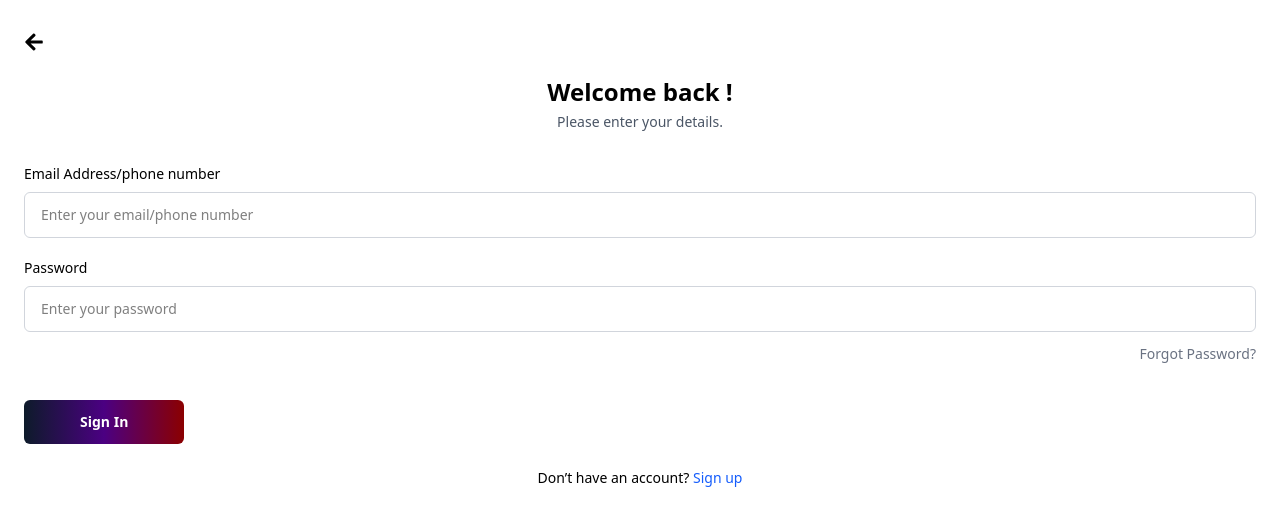
Repository: Em-driod/spotify-clone
Page: /back
An editor plug-in stored every save of this project. The page is shown before and after the next save, followed by the edit.
The browser window is 1280 px wide. The pictures show the whole page.
The project was rebuilt for these pictures with package versions that can differ from the ones it lists, and the page was loaded fresh each time. Also part of the build but not shown: vite.config.ts, src/pages/veryify.tsx, src/pages/LandingPage.tsx, src/pages/Change.tsx, src/pages/onboard.tsx, src/pages/Skips.tsx, src/pages/Otp.tsx, src/pages/First.tsx and 6 more.

Above is the page before, as saved 2025-07-09 17:49:26.

### src/App.tsx
import { BrowserRouter as Router, Routes, Route, useLocation } from 'react-router-dom';
import { AnimatePresence } from 'framer-motion';
import Welcome from './pages/veryify';
import LandingPage from './pages/LandingPage';
import Back from './pages/Back';
import Change from './pages/Change';
import Skips from './pages/Skips';
import Otp from './pages/Otp';
import First from './pages/First';
import Second from './pages/second';
import Fourth from './pages/fourth';
import Third from './pages/Third';
import Fifth from './pages/fifth';
import Signup from './pages/Signup';
import Manage from  './pages/Manage'


const AnimatedRoutes = () => {
  const location = useLocation();

  return (
    <AnimatePresence mode="wait">
      <Routes location={location} key={location.pathname}>
        <Route path="/" element={<LandingPage />} />
        <Route path="/skip" element={<Skips />} />
       <Route path="/welcome" element={<Welcome />} />
       <Route path="/back" element={<Back />} />
       <Route path="/forget" element={<Change />} />
       <Route path="/Otp" element={<Otp />} />
       <Route path="/first" element={<First />} />
       <Route path="/second" element={<Second />} />
        <Route path="/third" element={<Third />} />
        <Route path="/fourth" element={<Fourth />} />
        <Route path="/fifth" element={<Fifth />} />
        <Route path="/signup" element={<Signup />} />
        <Route path="/Manage" element={<Manage />} />
        {/* Add more routes as needed */}

      </Routes>
    </AnimatePresence>
  );
};

const App = () => {
  return (
    <Router>
      <AnimatedRoutes />
    </Router>
  );
};

export default App;

### src/pages/Back.tsx

import { FaArrowLeft } from 'react-icons/fa';
import { Link } from 'react-router-dom';


const Back = () => {
  return (
    <div className="min-h-screen flex flex-col px-6 py-8 bg-white text-black">
      {/* Back Arrow */}
      <Link to="/welcome" className="mb-6">
        <FaArrowLeft className="text-xl cursor-pointer" />
      </Link>


      {/* Heading */}
      <div className="text-center mb-8">
        <h1 className="text-2xl font-bold">Welcome back !</h1>
        <p className="text-sm text-gray-600 mt-1">Please enter your details.</p>
      </div>

      {/* Form */}
      <form className="flex flex-col space-y-5">
        {/* Email */}
        <div>
          <label className="block mb-2 font-medium text-sm">
            Email Address/phone number
          </label>
          <input
            type="text"
            placeholder="Enter your email/phone number"
            className="w-full px-4 py-3 border border-gray-300 rounded-md focus:outline-none focus:ring-2 focus:ring-purple-500 text-sm"
          />
        </div>

        {/* Password */}
        <div>
          <label className="block mb-2 font-medium text-sm">
            Password
          </label>
          <input
            type="password"
            placeholder="Enter your password"
            className="w-full px-4 py-3 border border-gray-300 rounded-md focus:outline-none focus:ring-2 focus:ring-purple-500 text-sm"
          />
        </div>

        {/* Forgot Password */}
        <div className="text-right text-sm text-gray-500 -mt-2">
            <Link to="/forget">
          <button className="hover:underline">Forgot Password?</button>
            </Link>
        </div>

        {/* Sign In Button */}
        <Link to="/first">
        <button
          type="submit"
          className="mt-4 py-3 px-14 rounded-md text-white text-sm font-semibold"
          style={{
              background: 'linear-gradient(to right, #0d1b2a, #4b0082, #8b0000)',
            }}
            >

          Sign In

        </button>
            </Link>
      </form>

      {/* Sign Up */}
      <div className="text-center mt-6 text-sm">
        Don’t have an account?{' '}
        <button className="text-blue-600 hover:underline font-medium">
          <Link to="/signup">
            Sign up
          </Link>
        </button>
      </div>
    </div>
  );
};

export default Back;

Loaded but not shown: index.html (common file); src/main.tsx (common file); src/index.css (common file)

After the next save:
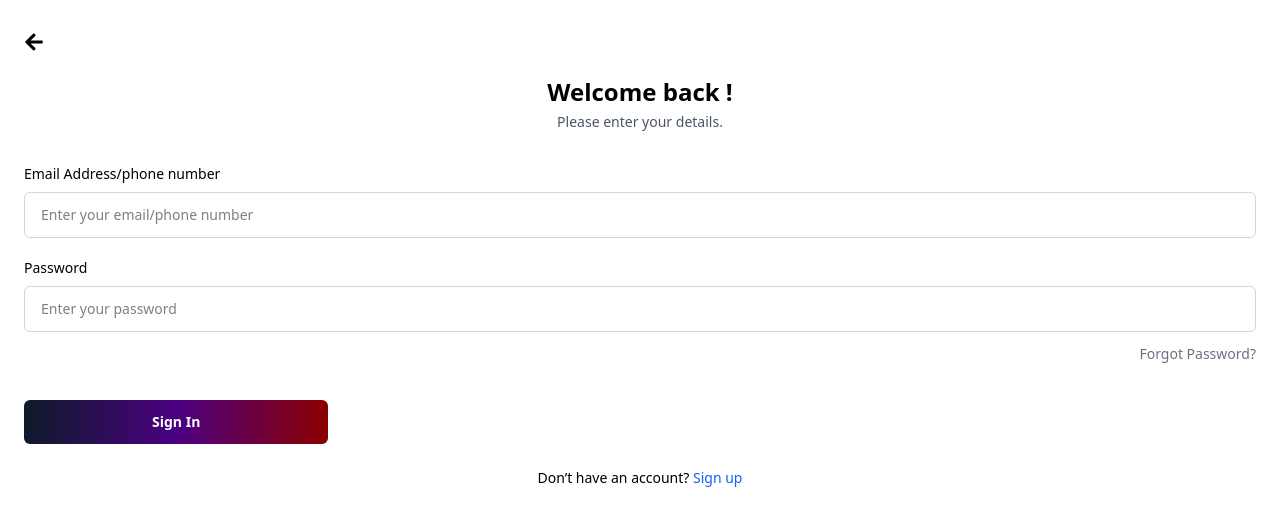
Saved 16 s later.
--- a/src/pages/Back.tsx
+++ b/src/pages/Back.tsx
@@ -55,7 +55,7 @@ const Back = () => {
         <Link to="/first">
         <button
           type="submit"
-          className="mt-4 py-3 px-14 rounded-md text-white text-sm font-semibold"
+          className="mt-4 py-3 px-32 rounded-md text-white text-sm font-semibold"
           style={{
               background: 'linear-gradient(to right, #0d1b2a, #4b0082, #8b0000)',
             }}
